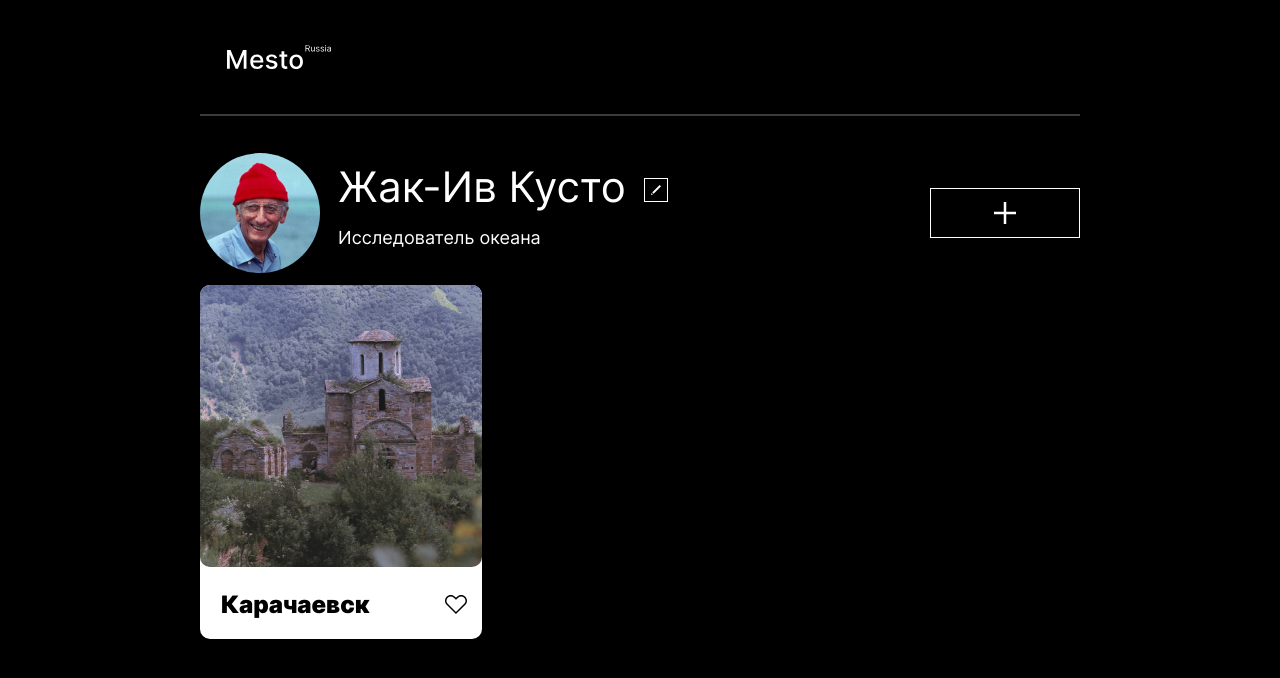
Repository: dyond/mesto
Page: index.html
The author's editor kept a copy of each file at every save. The page is drawn from the files as they stood at one save, then again after a run of saves.
The browser window is 1280 px wide. The pictures show the whole page.

Above is the page before, as saved 2022-11-28 19:36:50.

After the next 3 saves:
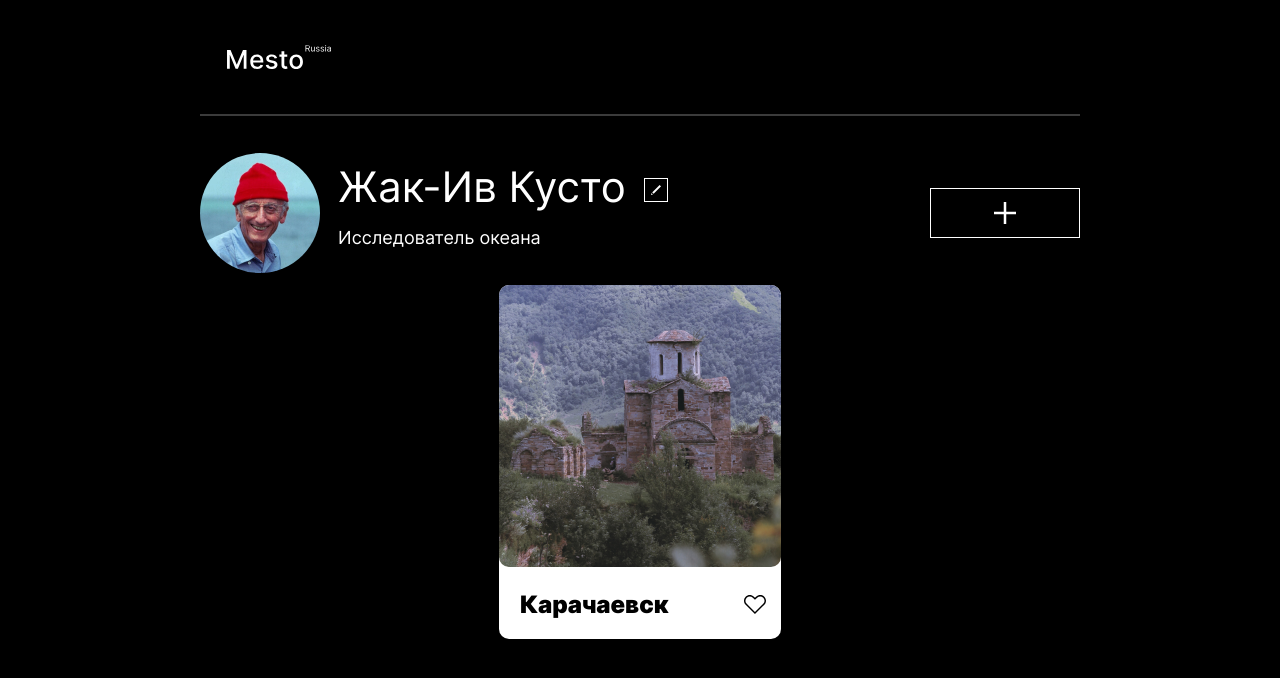
The 3 saves are shown as one change because they came seconds apart.
The last was saved 9 s later.
--- a/blocks/cards/card/card.css
+++ b/blocks/cards/card/card.css
@@ -1,6 +1,7 @@
 .card{
+  margin: 0 auto;
   max-width: 282px;
-    border-radius: 10px;
+  border-radius: 10px;
   background-color: #fff;
   text-align: center;
 }
